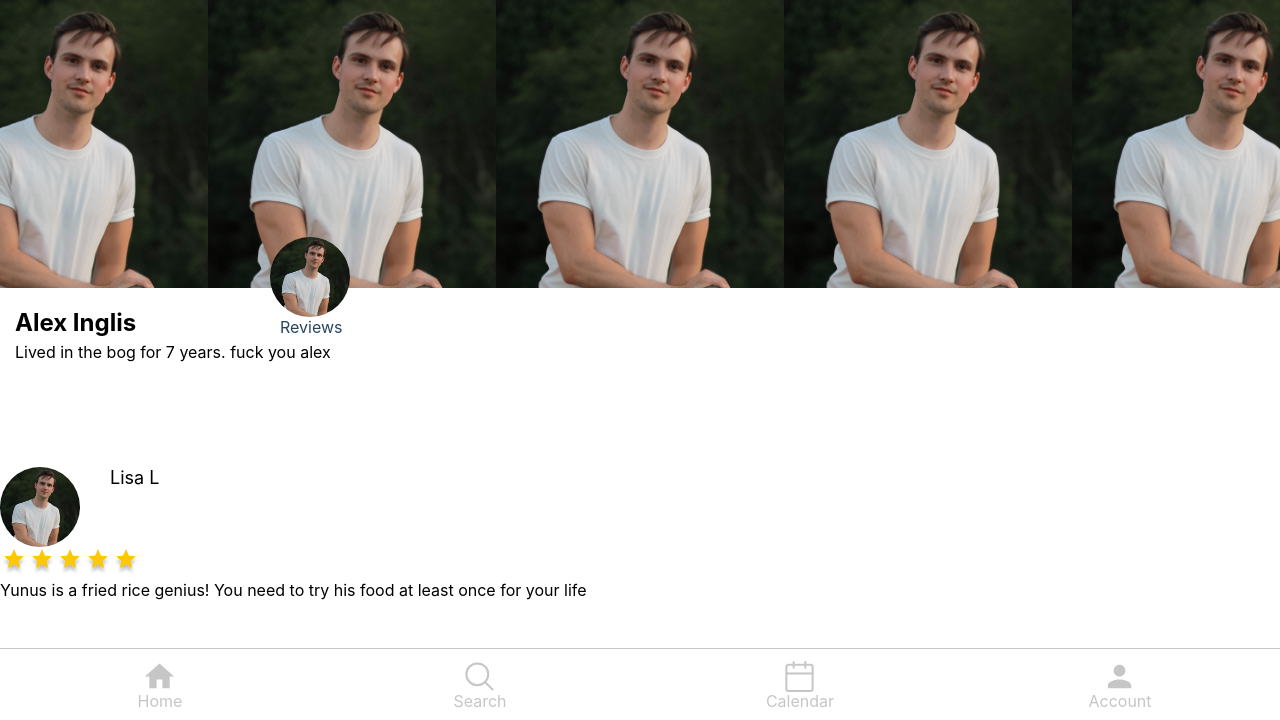
Repository: nguyenlejoe/HomeChef
Page: /MyAccountGourmet (app in app/)
An editor plug-in stored every save of this project. The page is shown before and after the next save, followed by the edit.
The browser window is 1280 px wide. The pictures show the whole page.
The project was rebuilt for these pictures with package versions that can differ from the ones it lists, and the page was loaded fresh each time. Also part of the build but not shown: app/src/comps/MainButton/index.js, app/src/comps/ActivityPost/index.js.

Above is the page before, as saved 2020-11-07 12:25:21.

### app/src/App.js
import React from 'react';
//import logo from './logo.svg';
//import './App.css';
import Pages from './pages/ChefReview';

function App() {
  return (
    <Pages />
  );
}

export default App;

### app/src/pages/ChefReview.js
import React from 'react';
import './ChefReview.scss'
import NavBarGourmet from '../comps/NavBarGourmet';
import Avatar from '../comps/Avatar';
import RatingContainer from '../comps/ActivityPost';


export default function Home() {
  return<div className="app">
        <div className="CoverImage"></div>
        <div className="ChefDesc">
            <h2>Alex Inglis</h2>
            <p>Lived in the bog for 7 years. fuck you alex</p>
        </div>
        <div className="AvatarBox">
                <Avatar></Avatar>
                <a>Reviews</a>
        </div>
        <div className="ReviewList">
            <div className="ReviewCont">
                <div className="ReviewProfile"><Avatar width="20px"></Avatar><a>Lisa L</a></div>
                <div className="rating">
                    <div className="stars"><img src='/star.png' /></div>
                    <div className="stars"><img src='/star.png' /></div>
                    <div className="stars"><img src='/star.png' /></div>
                    <div className="stars"><img src='/star.png' /></div>
                    <div className="stars"><img src='/star.png' /></div>
                </div>
                <div>Yunus is a fried rice genius! You need to try his food at least once for your life</div>
            </div>
        </div>

        <div className="Nav">
          <NavBarGourmet
          bgimg = "/Search.png"
          title = "Search"
          btnState = {true}
          orderActive = {true}
          ></NavBarGourmet>
        </div>


    </div>

}

### app/src/pages/ChefReview.scss
.app{
    width: 100vw;
    height:100vh;
    overflow-x: hidden;
}

.CoverImage{
    height: 40%;
    background-image: url("/alex.jpg");
    background-position: center;
    background-size: contain;
}

.ChefDesc{
    height:20%;
    width: 65%;
    margin: 15px;
    p{
        margin-top: -15px;
    }
}


.AvatarBox{
    height:0px;
    position: relative;
    z-index: 1;
    top: -230px;
    left: 270px;
    a{
        margin-left:10px;
        color: #2B445E;
    }
}


.ReviewProfile{
    display: flex;

    a{
        margin-left: 30px;
        font-size: 18px;
    }
}

.ProfileAvatar{
    width:20px;
    height: 20px;
}


.rating{
    display: flex;
}



.Nav{
    height: 10%;
    width: 100%;
    position: fixed;
    bottom: 0;
}

### app/src/comps/NavBarGourmet/index.js
import React, {useState} from 'react';
import styled, {css} from 'styled-components';
import Button from '../MainButton';

const NavContainer = styled.div`
display:flex;
height:100%;
width:100%;
background-color:#FFFFFF;
`;

const NavBox = styled.div`
justify-content:space-around;
display:flex;
align-items:center;
position:relative;
width:100%;
height:100%;
border-top: 1px solid #C6C6C6;


`;

const NavButton = styled.div`
    display:flex;
    align-items:center;
    flex-direction:column;
    margin:2px;
    width:15%;
    height:80%;
    text-align:center;

`;

const NavIcon = styled.div`
    margin-top:3px;
    margin-right:2px;
    width:55%;
    height:55%;
    background-size:contain;
    background-repeat: no-repeat;


`;

const NavLabel = styled.div`
    height:20px;
    width:100%;
    color:${props => props.ButtonActive};

`;






const NavBar = ({active, onClickHome, onClickSearch, onClickCalendar, onClickAccount}) => {

const [ButtonActiveVal,SetActive] = useState(active);

    return <NavContainer>
        <NavBox>

            <NavButton onClick={onClickHome}
            ButtonActive = {ButtonActiveVal === 1 ? "#24B574" : "#C6C6C6"}
            >
            <NavIcon>
                <svg width="35" height="35" viewBox="0 0 35 35" fill="none" xmlns="http://www.w3.org/2000/svg">
                    <path d="M14.5834 29.1667V20.4167H20.4167V29.1667H27.7084V17.5H32.0834L17.5001 4.375L2.91675 17.5H7.29175V29.1667H14.5834Z" fill={ButtonActiveVal === 1 ? "#24B574" : "#C6C6C6"}/>
                </svg>
            </NavIcon>
                <NavLabel ButtonActive={ButtonActiveVal === 1 ? "#24B574" : "#C6C6C6"}>Home</NavLabel>
            </NavButton>

            <NavButton
            onClick={onClickSearch}
            // onClick={()=>{
            //     SetActive(active);
            // }}
            ButtonActive = {ButtonActiveVal === 2 ? "#24B574" : "#C6C6C6"}
            >
                <NavIcon>
                    <svg width="35" height="35" viewBox="0 0 35 35" fill="none" xmlns="http://www.w3.org/2000/svg">
                        <path fill-rule="evenodd" clip-rule="evenodd" d="M15.3125 26.25C21.3531 26.25 26.25 21.3531 26.25 15.3125C26.25 9.27189 21.3531 4.375 15.3125 4.375C9.27189 4.375 4.375 9.27189 4.375 15.3125C4.375 21.3531 9.27189 26.25 15.3125 26.25Z" stroke={ButtonActiveVal === 2 ? "#24B574" : "#C6C6C6"} stroke-width="2" stroke-linecap="round" stroke-linejoin="round"/>
                        <path d="M30.625 30.625L23.0416 23.0417" stroke={ButtonActiveVal === 2 ? "#24B574" : "#C6C6C6"}stroke-width="2" stroke-linecap="round" stroke-linejoin="round"/>
                    </svg>
                </NavIcon>
                <NavLabel ButtonActive={ButtonActiveVal === 2 ? "#24B574" : "#C6C6C6"} >Search</NavLabel>
            </NavButton>

            <NavButton
            onClick={onClickCalendar}
            // onClick={()=>{
            //     SetActive(active);
            // }}
            ButtonActive = {ButtonActiveVal === 3 ? "#24B574" : "#C6C6C6"}
            >
                <NavIcon>
                    <svg width="35" height="35" viewBox="0 0 35 35" fill="none" xmlns="http://www.w3.org/2000/svg">
                        <path fill-rule="evenodd" clip-rule="evenodd" d="M4.375 7.83325C4.375 6.72868 5.27043 5.83325 6.375 5.83325H28.625C29.7296 5.83325 30.625 6.72868 30.625 7.83325V30.0833C30.625 31.1878 29.7296 32.0833 28.625 32.0833H6.375C5.27043 32.0833 4.375 31.1878 4.375 30.0833V7.83325Z" stroke={ButtonActiveVal === 3 ? "#24B574" : "#C6C6C6"} stroke-width="2" stroke-linecap="round" stroke-linejoin="round"/>
                        <path d="M23.3333 2.91675V8.75008" stroke={ButtonActiveVal === 3 ? "#24B574" : "#C6C6C6"} stroke-width="2" stroke-linecap="round" stroke-linejoin="round"/>
                        <path d="M11.6667 2.91675V8.75008" stroke={ButtonActiveVal === 3 ? "#24B574" : "#C6C6C6"} stroke-width="2" stroke-linecap="round" stroke-linejoin="round"/>
                        <path d="M4.375 14.5833H30.625" stroke={ButtonActiveVal === 3 ? "#24B574" : "#C6C6C6"} stroke-width="2" stroke-linecap="round" stroke-linejoin="round"/>
                    </svg>
                </NavIcon>
                <NavLabel ButtonActive={ButtonActiveVal === 3 ? "#24B574" : "#C6C6C6"}>Calendar</NavLabel>
            </NavButton>


            <NavButton
            onClick={onClickAccount}
            // onClick={()=>{
            //     SetActive(active);
            // }}
            ButtonActive = {ButtonActiveVal === 4 ? "#24B574" : "#C6C6C6"}
            >
                <NavIcon>
                    <svg width="35" height="35" viewBox="0 0 35 35" fill="none" xmlns="http://www.w3.org/2000/svg">
                        <path d="M17.4999 17.4999C20.7228 17.4999 23.3332 14.8895 23.3332 11.6666C23.3332 8.44367 20.7228 5.83325 17.4999 5.83325C14.277 5.83325 11.6666 8.44367 11.6666 11.6666C11.6666 14.8895 14.277 17.4999 17.4999 17.4999ZM17.4999 20.4166C13.6062 20.4166 5.83325 22.3708 5.83325 26.2499V29.1666H29.1666V26.2499C29.1666 22.3708 21.3937 20.4166 17.4999 20.4166Z" fill={ButtonActiveVal === 4 ? "#24B574" : "#C6C6C6"}/>
                    </svg>
                </NavIcon>
                <NavLabel ButtonActive={ButtonActiveVal === 4 ? "#24B574" : "#C6C6C6"}>Account</NavLabel>
            </NavButton>
        </NavBox>
    </NavContainer>

}

NavBar.defaultProps = {
    title: "label",
    bgimg: "/Home.png",
    orderNum: "0",
    ButtonActive:"black"

}

export default NavBar;

### app/src/comps/Avatar/index.js
import React from 'react';
import styled from 'styled-components';

const AvatarContainer = styled.div`
width:80px;
height:80px;
`;

const AvatarImg = styled.div`
min-width:100%;
min-height:100%;
background-image:url(${props=>props.bgimg ? props.bgimg : "none"});
background-size:cover;
border-radius:100px;

`;

const Avatar = ({bgimg}) =>{
    return <AvatarContainer>
        <AvatarImg bgimg={bgimg}></AvatarImg>
    </AvatarContainer>
}

Avatar.defaultProps = {
    bgimg : "./alex.jpg"
}

export default Avatar;

Loaded but not shown: app/public/index.html (common file); app/src/index.js (common file); app/src/index.css (common file); app/src/serviceWorker.js (common file)

After the next save:
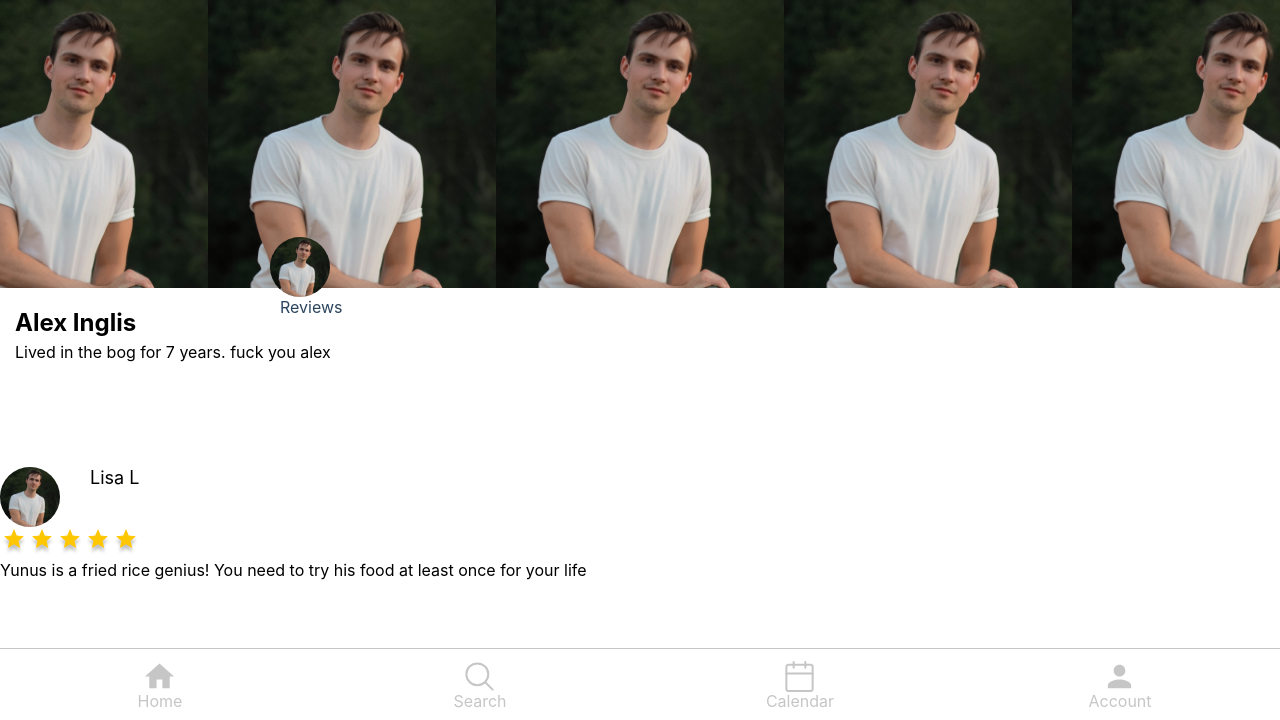
Saved 57 s later.
--- a/app/src/comps/Avatar/index.js
+++ b/app/src/comps/Avatar/index.js
@@ -2,8 +2,8 @@
 import styled from 'styled-components';
 
 const AvatarContainer = styled.div`
-width:80px;
-height:80px;
+width:60px;
+height:60px;
 `;
 
 const AvatarImg = styled.div`

After the save that followed:
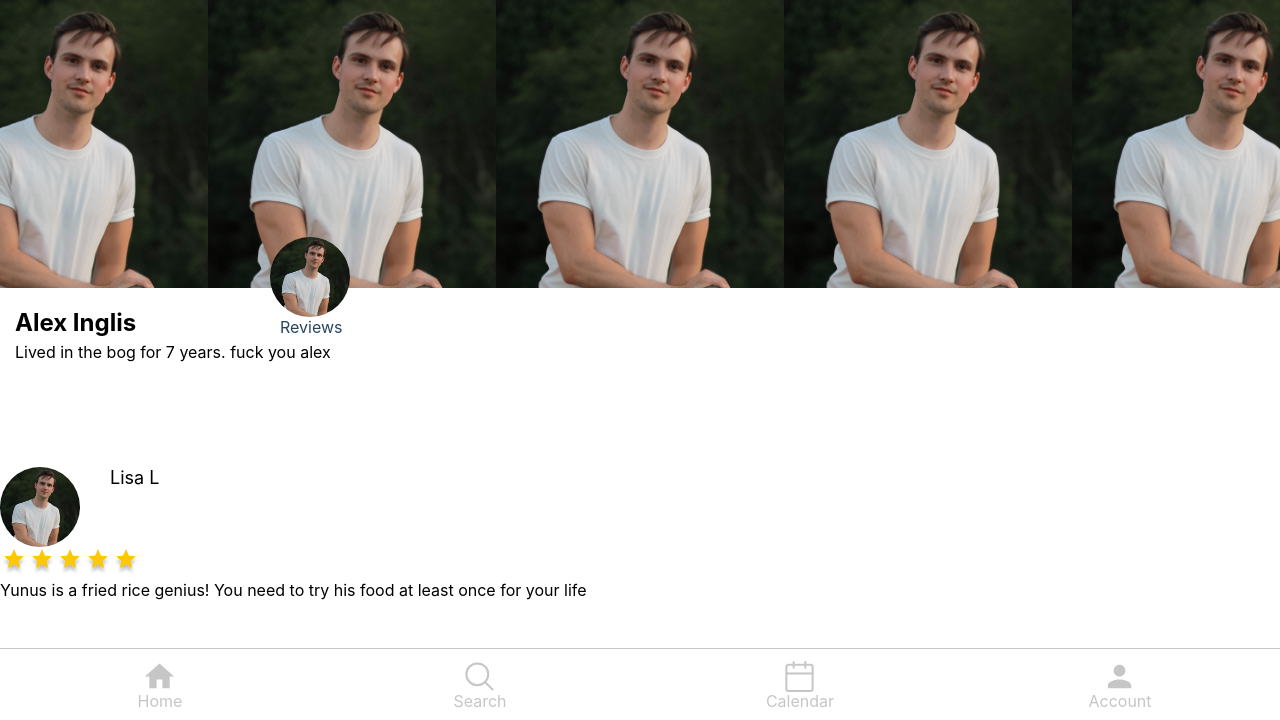
Saved 11 s later.
--- a/app/src/comps/Avatar/index.js
+++ b/app/src/comps/Avatar/index.js
@@ -2,8 +2,8 @@
 import styled from 'styled-components';
 
 const AvatarContainer = styled.div`
-width:60px;
-height:60px;
+width:80px;
+height:80px;
 `;
 
 const AvatarImg = styled.div`
